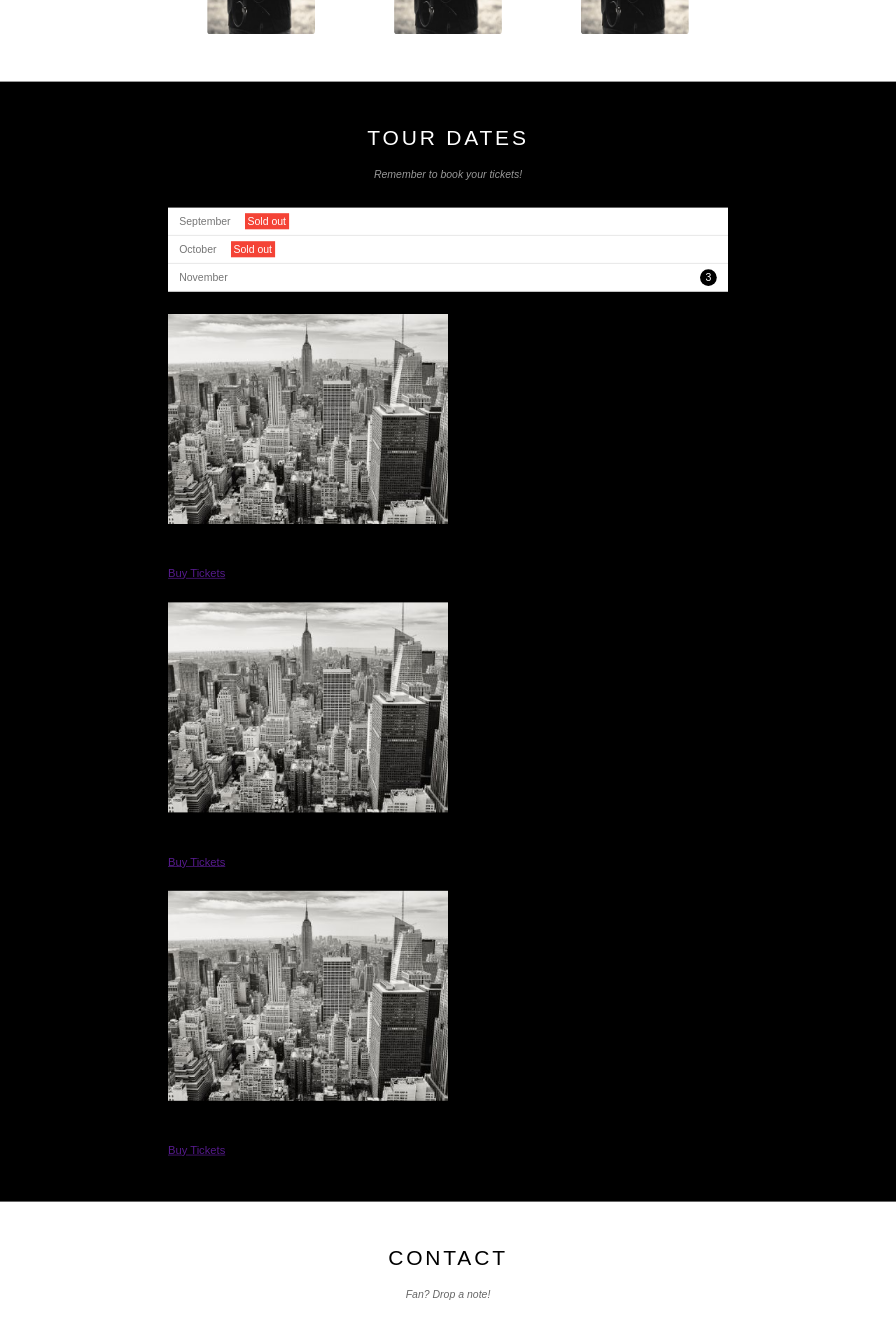
Repository: Thanhtrunghoang123/the-band
Page: index.html
These files come from the project's save history. The page is drawn as it stood at one moment and after the next save; the edit follows.
The browser window is 1280 px wide. The pictures show the part of the page from y = 1162 to 3082 px (the page is 3082 px tall before and 3018 px after), at 70% of full size.

Above is the page before, as saved 2022-07-21 20:56:53.

After the next save:
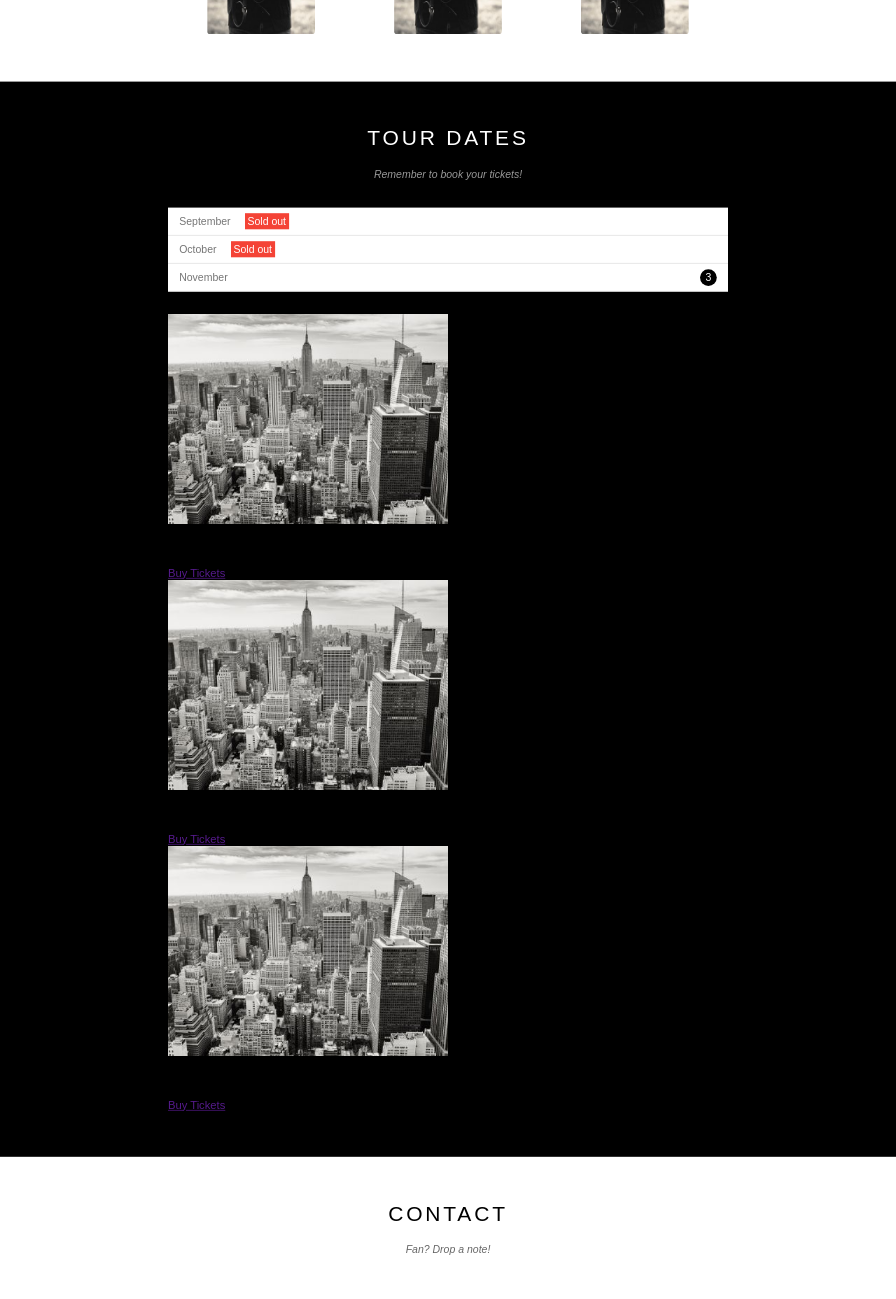
Saved 65 s later.
--- a/assest/css/style.css
+++ b/assest/css/style.css
@@ -214,8 +214,11 @@
 
 }
 /* Places */
+.place-list{
+    margin-top: 32px;
+}
 .place-item{
-    margin-top: 32px;
+
 }
 .place-img{
 
